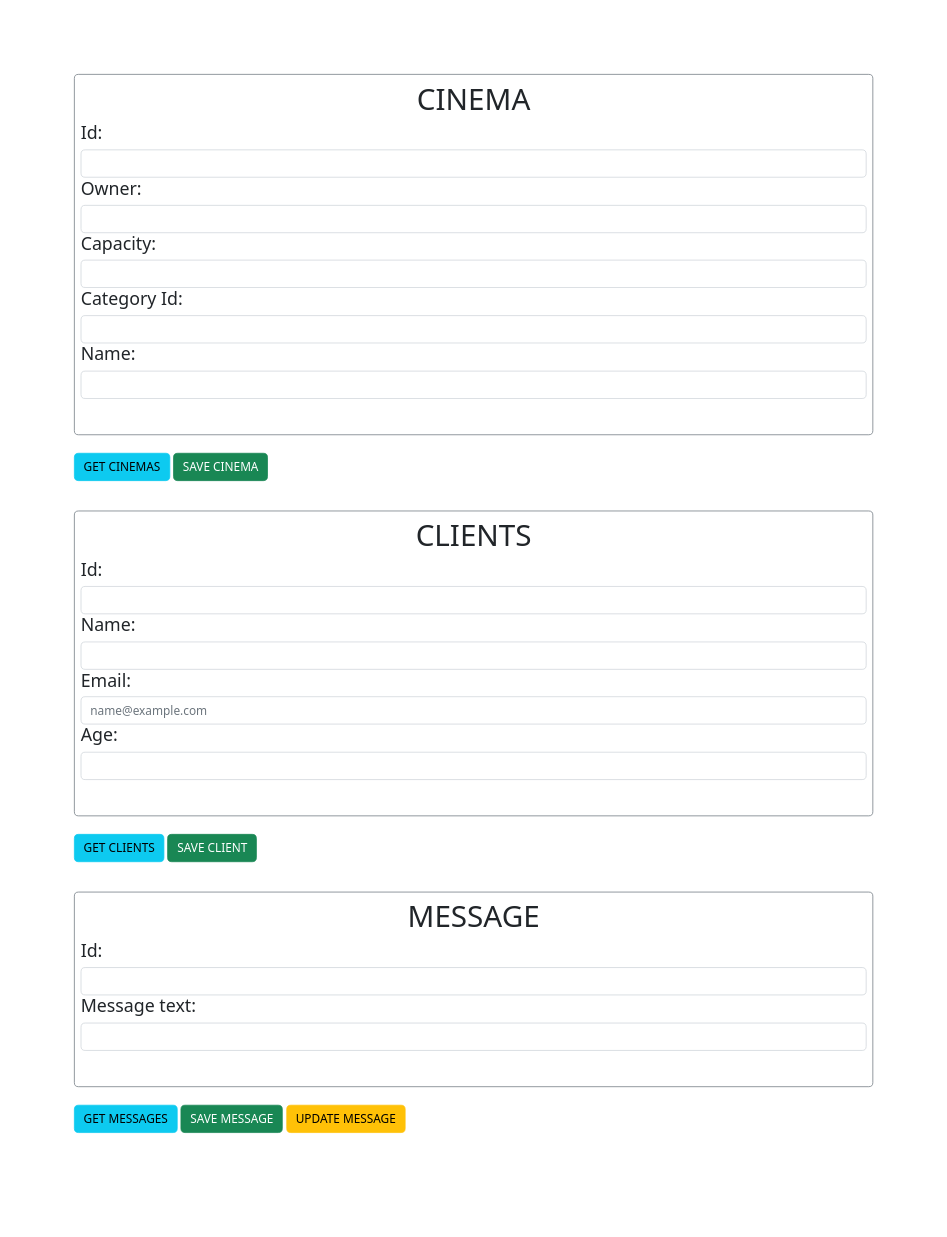
Repository: almendezl/MisionTIC
Page: index.html
An editor plug-in stored every save of this project. The page is shown before and after the next save, followed by the edit.
The browser window is 1280 px wide. The pictures show the whole page, at 74% of full size.

Above is the page before, as saved 2022-10-02 16:32:07.

### index.html
<html lang="en">
<head>
    <meta charset="UTF-8">
    <meta http-equiv="X-UA-Compatible" content="IE=edge">
    <meta name="viewport" content="width=device-width, initial-scale=1.0">
    <link rel="stylesheet" href="styles.css">
    <title>MISION TIC 2022 RETO 2</title>
</head>
<!-- add jquery api -->
<script src="https://ajax.googleapis.com/ajax/libs/jquery/3.6.1/jquery.min.js"></script>
<!-- add bootstrap -->
<link href="https://cdn.jsdelivr.net/npm/bootstrap@5.2.1/dist/css/bootstrap.min.css" rel="stylesheet" integrity="sha384-iYQeCzEYFbKjA/T2uDLTpkwGzCiq6soy8tYaI1GyVh/UjpbCx/TYkiZhlZB6+fzT" crossorigin="anonymous">
<!-- add the file with the script -->
<script type="text/javascript" src="myScript.js"></script>
<body>
    <!-- cinema front -->
    <div class=" p-2 rounded border border-secondary" >
        <h1 class="text-center">CINEMA</h1>
        <form action="">
            <div class="form-group">
                <h4 class="label label-default" >Id: </h4>
                <input  class="form-control" type="number" id="cinemaId">
            </div>

            <div class="form-group">
                <h4 class="label label-default" >Owner: </h4>
                <input class="form-control" type="text" id="cinemaOwner">
            </div>

            <div class="form-group">
                <h4 class="label label-default" >Capacity: </h4>
                <input class="form-control" type="number" id="cinemaCapacity" >
            </div>

            <div class="form-group">
                <h4 class="label label-default" >Category Id: </h4>
                <input class="form-control" type="number" id="cinemaCategory">
            </div>

            <div class="form-group">
                <h4 class="label label-default" >Name: </h4>
                <input class="form-control" type="text" id="cinemaName"><br>
            </div>

        </form>
    </div>
    <br>
    <div id="cinemaAlert">

    </div>

    <button class="btn btn-info" onclick="getCinemas()">GET CINEMAS</button>

    <button class="btn btn-success" onclick="setCinema()">SAVE CINEMA</button><br>

    <div id="editCinema">
        <br>

    </div>



    <table class="table table-striped" id="cinemasList">

    </table>

    <!-- Clients front  -->
    <div class=" p-2 rounded border border-secondary" >
    <h1 class="text-center">CLIENTS</h1>
        <form action="">
            <div class="form-group">
                <h4 class="label label-default" >Id: </h4>
                <input class="form-control" type="number" id="clientId">
            </div>

            <div class="form-group">
                <h4 class="label label-default" >Name: </h4>
                <input class="form-control" type="text" id="clientName">
            </div>

            <div class="form-group">
                <h4 class="label label-default" >Email: </h4>
                <input class="form-control" type="text" id="clientEmail" placeholder="name@example.com">
            </div>

            <div class="form-group">
                <h4 class="label label-default" >Age: </h4>
                <input class="form-control" type="number" id="clientAge"><br>
            </div>

        </form>
    </div>
    <br>

    <div id="clientAlert">

    </div>

    <button class="btn btn-info" onclick="getClients()">GET CLIENTS</button>

    <button class="btn btn-success" onclick="setClient()">SAVE CLIENT</button>

    <div id="editClient">
        <br>

    </div>

    <table class="table table-striped" id="clientsList">


    </table>

    <!-- Message front  -->
    <div class=" p-2 rounded border border-secondary" >
        <h1 class="text-center">MESSAGE</h1>

        <form action="" >
            <div class="form-group">
                <h4 class="label label-default" >Id: </h4>
                <input class="form-control" type="number" id="messageId">
            </div>

            <div class="form-group">
                <h4 class="label label-default" >Message text: </h4>
                <input class="form-control" type="text" id="messageText"><br>
            </div>


        </form>
    </div>
    <br>

    <div id="messageAlert">

    </div>



    <button class="btn btn-info" onclick="getMessages()">GET MESSAGES</button>

    <button class="btn btn-success" onclick="setMessage()">SAVE MESSAGE</button>

    <button class="btn btn-warning" onclick="updateMessage()">UPDATE MESSAGE</button><br><br>


    <table class="table table-striped" id="messagesList">


    </table>

</body>
</html>

### styles.css
body {

    padding: 100px 100px;
  }

### myScript.js
let urlCinema = "https://gbc0751b79176df-fy68ude9ajgxmklv.adb.us-ashburn-1.oraclecloudapps.com/ords/admin/cinema/cinema";
let urlClient = "https://gbc0751b79176df-fy68ude9ajgxmklv.adb.us-ashburn-1.oraclecloudapps.com/ords/admin/client/client";
let urlMessage = "https://gbc0751b79176df-fy68ude9ajgxmklv.adb.us-ashburn-1.oraclecloudapps.com/ords/admin/message/message";


/**
 * ----------------CINEMAS ---------------------
 */
function getCinemas(){

    $.ajax({
        url:  urlCinema,
        type: 'GET',
        dataType: 'json',

        success: function(cinemas){
            console.log(cinemas);
            let cs= cinemas.items;
            //$('#clientsList').append("<h2>Clients List</h2>");
            $('#cinemasList').empty();
            $("#editCinema").empty();
            $("#editCinema").append("<br>");
            if(cs.length > 0){

                $('#cinemasList').append("<thead><tr><th scope='col'>Id</th><th scope='col'>Owner</th><th scope='col'>Capacity</th><th scope='col'>Category Id</th> <th scope='col'>Name</th><th scope='col'>Options</th></tr></thead><tbody></tbody>");
                for(i = 0; i<cs.length; i++){

                    $('#cinemasList').append("<tr><th scope='row'>"+cs[i].id+"</th><td>"+cs[i].owner+"</td><td>"+cs[i].capacity+"</td><td>"+cs[i].category_id+"</td><td>"+cs[i].name+"</td><td>"+"<button class='btn btn-secondary' onclick='editCinema("+JSON.stringify(cs[i])+")'>EDIT</button> <button class='btn btn-danger' onclick='deleteCinema("+cs[i].id+")'>DELETE</button></td></tr>");

                }
            }else{
                $('#cinemasList').append("<h4 class='text-center'>No entries</h4>");
            }

        },
        error: function(xhr, status){
            alert("A problem has occurred");
        },
        complete: function(xhr, status){
            //alert("Request made");
        }
    });

}
function editCinema(item){
    $("#editCinema").append(" <div class=' p-2 rounded border border-secondary' ><form action=''><div class='form-group'><h4 class='label label-default' >Id: </h4><input disabled class='form-control' type='number' id='cinemaIdEdit'></div><div class='form-group'><h4 class='label label-default' >Owner: </h4><input class='form-control' type='text' id='cinemaOwnerEdit'></div><div class='form-group'><h4 class='label label-default' >Capacity: </h4><input class='form-control' type='number' id='cinemaCapacityEdit' ></div><div class='form-group'><h4 class='label label-default' >Category Id: </h4><input class='form-control' type='number' id='cinemaCategoryEdit'></div><div class='form-group'><h4 class='label label-default' >Name: </h4><input class='form-control' type='text' id='cinemaNameEdit'><br></div></form></div><br><button class='btn btn-warning' onclick='updateCinema()'>UPDATE CINEMA</button><br><br>");
    console.log(item);
    $("#cinemaIdEdit").val(item.id);
    $("#cinemaOwnerEdit").val(item.owner);
    $("#cinemaCapacityEdit").val(item.capacity);
    $("#cinemaCategoryEdit").val(item.category_id);
    $("#cinemaNameEdit").val(item.name);


}

function setCinema(){

    let id = $("#cinemaId").val();
    let owner = $("#cinemaOwner").val();
    let capacity = $("#cinemaCapacity").val();
    let category = $("#cinemaCategory").val();
    let name = $("#cinemaName").val();

    $("#cinemaAlert").empty();
    if (id != "" && owner != "" && capacity != "" && category != "" && name != ""){
        let data = {
            id: id,
            owner: owner,
            capacity: capacity,
            category_id: category,
            name: name

        };

        let dataToSend = JSON.stringify(data);

        console.log(dataToSend);

        $.ajax({
            url: urlCinema,
            type: 'POST',
            //dataType: 'json',
            data: dataToSend,
             contentType: "application/json",

            success: function(json){
                console.log(json);
                //Clean the inputs
                $("#cinemaId").val('');
                $("#cinemaOwner").val('');
                $("#cinemaCapacity").val('');
                $("#cinemaCategory").val('');
                $("#cinemaName").val('');
                getCinemas();
            },
            error: function(xhr, status){
                //alert("A problem has occurred");

            },
            complete: function(xhr, status){
                //alert("Request made");

            }
        });

    }else{
        $("#cinemaAlert").append("<div class='alert alert-danger' role='alert'>There can be no empty fields!</div>");
    }

}

function updateCinema(){
    let id = $("#cinemaIdEdit").val();
    let owner = $("#cinemaOwnerEdit").val();
    let capacity = $("#cinemaCapacityEdit").val();
    let category = $("#cinemaCategoryEdit").val();
    let name = $("#cinemaNameEdit").val();

    let data = {
        id: id,
        owner: owner,
        capacity: capacity,
        category_id: category,
        name: name

    };

    let dataToSend = JSON.stringify(data);

    console.log(dataToSend);

    $.ajax({
        url: urlCinema,
        type: 'PUT',
        //dataType: 'json',
        data: dataToSend,
        contentType: "application/json",

        success: function(json){
            console.log(json);
            //Clean the inputs
            $("#cinemaIdEdit").val('');
            $("#cinemaOwnerEdit").val('');
            $("#cinemaCapacityEdit").val('');
            $("#cinemaCategoryEdit").val('');
            $("#cinemaNameEdit").val('');
            getCinemas();
        },
        error: function(xhr, status){
            //alert("A problem has occurred");

        },
        complete: function(xhr, status){
            //alert("Request made");
            $("#cinemaAlert").append("<div class='alert alert-success' role='alert'>Update successfull!</div>");

        }
    });
}

function deleteCinema(cinemaId){


    let data = {
        id: cinemaId

    };

    let dataToSend = JSON.stringify(data);

    console.log(dataToSend);

    $.ajax({
        url: urlCinema,
        type: 'DELETE',
        //dataType: 'json',
        data: dataToSend,
        contentType: "application/json",

        success: function(json){
            console.log(json);
            //Clean the inputs
            $("#cinemaId").val('');
            $("#cinemaOwner").val('');
            $("#cinemaCapacity").val('');
            $("#cinemaCategory").val('');
            $("#cinemaName").val('');
            getCinemas();
        },
        error: function(xhr, status){
            //alert("A problem has occurred");

        },
        complete: function(xhr, status){
            //alert("Request made");
            $("#cinemaAlert").append("<div class='alert alert-success' role='alert'>Delete successfull!</div>");

        }
    });
}

/**
 * ----------------CLIENTS ---------------------
 */

function getClients(){

    $.ajax({
        url: urlClient,
        type: 'GET',
        dataType: 'json',

        success: function(clients){
            console.log(clients);
            let cs= clients.items;
            //$('#clientsList').append("<h2>Clients List</h2>");
            $('#clientsList').empty();
            $("#editClient").empty();
            $("#editClient").append("<br>");
            if(cs.length > 0){
                $('#clientsList').append("<thead><tr><th scope='col'>Id</th><th scope='col'>Name</th><th scope='col'>Email</th><th scope='col'>Age</th> <th scope='col'>Option</th></tr></thead><tbody></tbody>");
                for(i = 0; i<cs.length; i++){
                    //$('#clientsList').append("<b>"+cs[i].id+" "+cs[i].name+" </b> "+cs[i].email+"   <button class='btn btn-danger'    onclick='deleteClient("+cs[i].id+")'>DELETE</button>"+"<br>");
                    $('#clientsList').append("<tr><th scope='row'>"+cs[i].id+"</th><td>"+cs[i].name+"</td><td>"+cs[i].email+"</td><td>" +cs[i].age+"</td><td>"+"<button class='btn btn-secondary' onclick='editClient("+JSON.stringify(cs[i])+")'>EDIT</button>  <button class='btn btn-danger' onclick='deleteClient("+cs[i].id+")'>DELETE</button></td></   tr>");

                }
            }else{
                $('#clientsList').append("<h4 class='text-center'>No entries</h4>");
            }

        },
        error: function(xhr, status){
            alert("A problem has occurred");
        },
        complete: function(xhr, status){
            //alert("Request made");
        }
    });

}

function setClient(){

    let clientId = $("#clientId").val();
    let clientName = $("#clientName").val();
    let clientEmail = $("#clientEmail").val();
    let clientAge = $("#clientAge").val();
    $("#clientAlert").empty();

    if(clientId != '' && clientName != '' && clientEmail != '' && clientAge != '' ){
        let data = {
            id: clientId,
            name: clientName,
            email: clientEmail,
            age: clientAge

        };

        let dataToSend = JSON.stringify(data);

        console.log(dataToSend);

        $.ajax({
            url: urlClient,
            type: 'POST',
            //dataType: 'json',
            data: dataToSend,
             contentType: "application/json",

            success: function(json){
                console.log(json);
                //Clean the inputs
                $("#clientId").val('');
                $("#clientName").val('');
                $("#clientEmail").val('');
                $("#clientAge").val('');
                getClients();
            },
            error: function(xhr, status){
                //alert("A problem has occurred");

            },
            complete: function(xhr, status){
                //alert("Request made");

            }
        });
    } else{
        $("#clientAlert").append("<div class='alert alert-danger' role='alert'>There can be no empty fields!</div>");
    }

}

function editClient(item){
    $("#editClient").append(" <div class=' p-2 rounded border border-secondary' ><form action=''><div class='form-group'><h4 class='label label-default' >Id: </h4><input disabled class='form-control' type='number' id='clientIdEdit'></div><div class='form-group'><h4 class='label label-default' >Name: </h4><input class='form-control' type='text' id='clientNameEdit'></div><div class='form-group'><h4 class='label label-default' >Email: </h4><input class='form-control' type='text' id='clientEmailEdit' ></div><div class='form-group'><h4 class='label label-default' >Age: </h4><input class='form-control' type='number' id='clientAgeEdit'></div></form></div><br><button class='btn btn-warning' onclick='updateClient()'>UPDATE CLIENT</button><br><br><br><br>");
    //console.log(item);
    $("#clientIdEdit").val(item.id);
    $("#clientNameEdit").val(item.name);
    $("#clientEmailEdit").val(item.email);
    $("#clientAgeEdit").val(item.age);


}

function updateClient(){
    let clientId = $("#clientIdEdit").val();
    let clientName = $("#clientNameEdit").val();
    let clientEmail = $("#clientEmailEdit").val();
    let clientAge = $("#clientAgeEdit").val();

    let data = {
        id: clientId,
        name: clientName,
        email: clientEmail,
        age: clientAge

    };

    let dataToSend = JSON.stringify(data);

    console.log(dataToSend);

    $.ajax({
        url:urlClient,
        type: 'PUT',
        //dataType: 'json',
        data: dataToSend,
        contentType: "application/json",

        success: function(json){
            console.log(json);
            //Clean the inputs
            $("#clientIdEdit").val('');
            $("#clientNameEdit").val('');
            $("#clientEmailEdit").val('');
            $("#clientAgeEdit").val('');
            getClients();
        },
        error: function(xhr, status){
            //alert("A problem has occurred");

        },
        complete: function(xhr, status){
            //alert("Request made");
            $("#clientAlert").append("<div class='alert alert-success' role='alert'>Update successfull!</div>");

        }
    });
}

function deleteClient(clientId){


    let data = {
        id: clientId

    };

    let dataToSend = JSON.stringify(data);

    console.log(dataToSend);

    $.ajax({
        url:urlClient,
        type: 'DELETE',
        //dataType: 'json',
        data: dataToSend,
        contentType: "application/json",

        success: function(json){
            console.log(json);
            //Clean the inputs
            $("#clientId").val('');
            $("#clientName").val('');
            $("#clientEmail").val('');
            $("#clientAge").val('');
            getClients();
        },
        error: function(xhr, status){
            //alert("A problem has occurred");

        },
        complete: function(xhr, status){
            //alert("Request made");
            $("#clientAlert").append("<div class='alert alert-success' role='alert'>Delete successfull!</div>");

        }
    });
}

/**
 * ----------------MESSAGE ---------------------
 */

 function getMessages(){

    $.ajax({
        url: urlMessage,
        type: 'GET',
        dataType: 'json',

        success: function(clients){
            console.log(clients);
            let cs= clients.items;
            //$('#clientsList').append("<h2>Clients List</h2>");
            $('#messagesList').empty();
           if(cs.length > 0){
                $('#messagesList').append("<thead><tr><th scope='col'>Id</th><th scope='col'>Message text</th><th scope='col'>Option</th></tr></thead><tbody></tbody>");
                 for(i = 0; i<cs.length; i++){

                     $('#messagesList').append("<tr><th scope='row'>"+cs[i].id+"</th><td>"+cs[i].messagetext+"</td><td>"+"<button       class='btn btn-danger' onclick='deleteMessage("+cs[i].id+")'>DELETE</button></td></tr>");

                 }
           }else{
            $('#messagesList').append("<h4 class='text-center'>No entries</h4>");
           }

        },
        error: function(xhr, status){
            alert("A problem has occurred");
        },
        complete: function(xhr, status){
            //alert("Request made");
        }
    });

}

function setMessage(){
    let id = $("#messageId").val();
    let messageText = $("#messageText").val();
    $("#messageAlert").empty();

    if(id != '' && messageText != ''){
        let data = {
            id: id,
            messagetext: messageText,

        };

        let dataToSend = JSON.stringify(data);

        console.log(dataToSend);

        $.ajax({
            url: urlMessage,
            type: 'POST',
            //dataType: 'json',
            data: dataToSend,
             contentType: "application/json",

            success: function(json){
                console.log(json);
                //Clean the inputs
                $("#messageId").val('');
                $("#messageText").val('');
                getMessages();
            },
            error: function(xhr, status){
                //alert("A problem has occurred");

            },
            complete: function(xhr, status){
                //alert("Request made");

            }
        });

    } else{
        $("#messageAlert").append("<div class='alert alert-danger' role='alert'>There can be no empty fields!</div>");
    }




}

function updateMessage(){
    let id = $("#messageId").val();
    let messageText = $("#messageText").val();

    let data = {
        id: id,
        messagetext: messageText,

    };

    let dataToSend = JSON.stringify(data);

    console.log(dataToSend);

    $.ajax({
        url:urlMessage,
        type: 'PUT',
        //dataType: 'json',
        data: dataToSend,
        contentType: "application/json",

        success: function(json){
            console.log(json);
            //Clean the inputs
            $("#messageId").val('');
            $("#messageText").val('');
            getMessages();
        },
        error: function(xhr, status){
            //alert("A problem has occurred");

        },
        complete: function(xhr, status){
            //alert("Request made");

        }
    });
}

function deleteMessage(messageId){


    let data = {
        id: messageId

    };

    let dataToSend = JSON.stringify(data);

    console.log(dataToSend);

    $.ajax({
        url:urlMessage,
        type: 'DELETE',
        //dataType: 'json',
        data: dataToSend,
        contentType: "application/json",

        success: function(json){
            console.log(json);
            //Clean the inputs
            $("#messageId").val('');
            $("#messageText").val('');
            getMessages();
        },
        error: function(xhr, status){
            //alert("A problem has occurred");

        },
        complete: function(xhr, status){
            //alert("Request made");

        }
    });
}

After the next save:
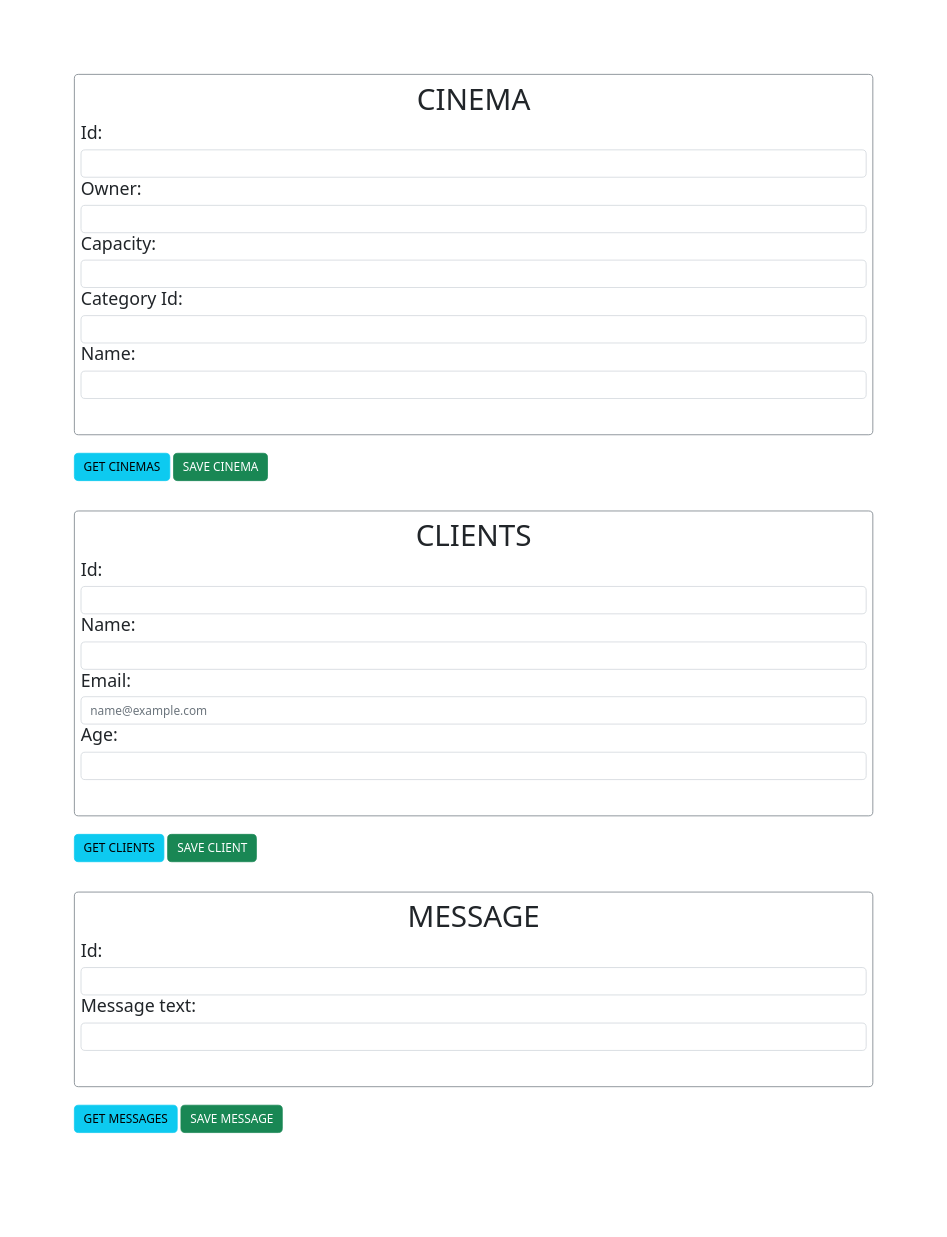
Saved 59 s later.
--- a/index.html
+++ b/index.html
@@ -140,8 +140,10 @@
 
     <button class="btn btn-success" onclick="setMessage()">SAVE MESSAGE</button>
 
-    <button class="btn btn-warning" onclick="updateMessage()">UPDATE MESSAGE</button><br><br>
+    <div id="editMessage">
+        <br>
 
+    </div>
 
     <table class="table table-striped" id="messagesList">
 
